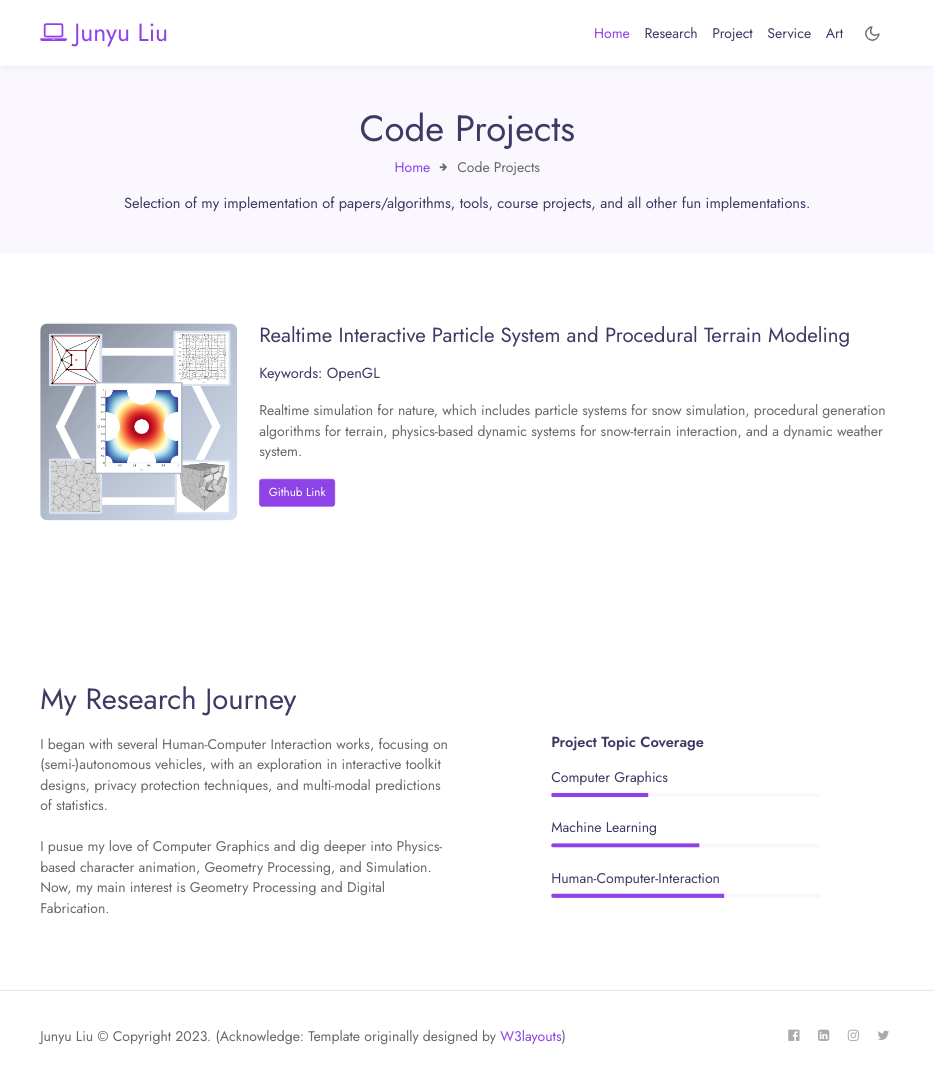
Repository: Junyu-Liu-Nate/junyu-liu-nate.github.io
Page: project.html
The author's editor kept a copy of each file at every save. The page is drawn from the files as they stood at one save, then again after a run of saves.
The browser window is 1280 px wide. The pictures show the whole page, at 73% of full size.

Above is the page before, as saved 2024-04-10 18:14:05.
Console error: TypeError: Cannot read properties of null (reading 'classList')

### project.html
<!--
Author: Junyu Liu
Author: W3layouts
Author URL: http://w3layouts.com
-->
<!doctype html>
<html lang="en">

<head>
  <!-- Required meta tags -->
  <meta charset="utf-8">
  <meta name="viewport" content="width=device-width, initial-scale=1, shrink-to-fit=no">

  <title>Junyu Liu - Projects</title>

  <!-- google fonts -->
  <link href="//fonts.googleapis.com/css2?family=Jost:wght@300;400;600&display=swap" rel="stylesheet">

  <!-- Template CSS -->
  <link rel="stylesheet" href="assets/css/style-starter.css">
</head>

<body>
<!-- header -->
<header id="site-header" class="fixed-top">
  <div class="container">
      <nav class="navbar navbar-expand-lg stroke">
          <a class="navbar-brand" href="index.html">
              <span class="fa fa-laptop"></span> Junyu Liu
          </a>
          <!-- if logo is image enable this
      <a class="navbar-brand" href="#index.html">
          <img src="image-path" alt="Your logo" title="Your logo" style="height:35px;" />
      </a> -->
          <button class="navbar-toggler  collapsed bg-gradient" type="button" data-toggle="collapse"
              data-target="#navbarTogglerDemo02" aria-controls="navbarTogglerDemo02" aria-expanded="false"
              aria-label="Toggle navigation">
              <span class="navbar-toggler-icon fa icon-expand fa-bars"></span>
              <span class="navbar-toggler-icon fa icon-close fa-times"></span>
              </span>
          </button>

          <div class="collapse navbar-collapse" id="navbarTogglerDemo02">
            <ul class="navbar-nav ml-auto">
                <li class="nav-item active">
                    <a class="nav-link" href="index.html">Home <span class="sr-only">(current)</span></a>
                </li>
                <li class="nav-item @@research_active">
                    <a class="nav-link" href="research.html">Research</a>
                </li>
                <li class="nav-item @@project_active">
                  <a class="nav-link" href="project.html">Project</a>
                </li>
                <li class="nav-item @@service_active">
                  <a class="nav-link" href="service.html">Service</a>
                </li>
                <li class="nav-item @@art_active">
                    <a class="nav-link" href="art.html">Art</a>
                </li>
            </ul>
        </div>
          <!-- toggle switch for light and dark theme -->
          <div class="mobile-position">
              <nav class="navigation">
                  <div class="theme-switch-wrapper">
                      <label class="theme-switch" for="checkbox">
                          <input type="checkbox" id="checkbox">
                          <div class="mode-container">
                              <i class="gg-sun"></i>
                              <i class="gg-moon"></i>
                          </div>
                      </label>
                  </div>
              </nav>
          </div>
          <!-- //toggle switch for light and dark theme -->
      </nav>
  </div>
</header>
<!-- //header -->

<!-- about breadcrumb -->
<section class="w3l-about-breadcrumb text-center">
    <div class="breadcrumb-bg breadcrumb-bg-about py-sm-5 py-4">
        <div class="container py-2">
            <h2 class="title">Code Projects</h2>
            <ul class="breadcrumbs-custom-path mt-2">
                <li><a href="index.html">Home</a></li>
                <li class="active"><span class="fa fa-arrow-right mx-2" aria-hidden="true"></span> Code Projects </li>
            </ul>
            <br>
            <h5>Selection of my implementation of papers/algorithms, tools, course projects, and all other fun implementations.</h5>
        </div>
    </div>
</section>
<!-- //about breadcrumb -->

<!-- about page about section -->
<section class="w3l-aboutblock1" id="about">
    <div class="midd-w3 py-5">
        <div class="container py-lg-5 py-md-3">
              <div class="row">
                <div class="col-lg-3">
                  <div class="position-relative">
                      <img src="assets/images/project/thumnail/port-FEM-vs-VEM.png" alt="" class="radius-image img-fluid">
                  </div>
                </div>
                <div class="col-lg-9 mt-lg-0 mt-5">
                    <!-- <h5 class="title-small mb-2">Hello, I am UI/UX Designer</h5> -->
                    <h3 class="title">Realtime Interactive Particle System and Procedural Terrain Modeling</h3>
                    <br>
                    <h5>Keywords: OpenGL</h5>
                    <br>
                    <p>
                      Realtime simulation for nature, which includes particle systems for snow simulation, procedural generation algorithms for terrain, physics-based dynamic systems for snow-terrain interaction, and a dynamic weather system.
                    </p>
                    <br>
                    <div>
                      <a href="https://github.com/Junyu-Liu-Nate/Realtime-Interactive-Particle-System-Procedural-Modeling-OpenGL" class="btn btn-primary">Github Link</a>
                    </div>
                </div>
            </div>
            <p><br></p>
        </div>

    </div>
    </div>
    </div>
</section>
<!-- //about page about section -->

<!-- about page third section -->
<section class="w3l-content-6 py-5">
    <div class="content-6-mian py-lg-5 py-md-4">
        <div class="container">
            <div class="content-info-in row">
                <div class="content-gd col-lg-6">
                    <h3 class="title-big mb-4">My Research Journey</h3>
                    <p>
                      I began with several Human-Computer Interaction works, focusing on (semi-)autonomous vehicles, with an exploration in interactive toolkit designs, privacy protection techniques, and multi-modal predictions of statistics.
                      <br><br>

                      I pusue my love of Computer Graphics and dig deeper into Physics-based character animation, Geometry Processing, and Simulation. Now, my main interest is Geometry Processing and Digital Fabrication.
                    </p>
                </div>
                <div class="content-gd col-lg-4 offset-lg-1">
                    <br><br><br>
                    <h5><b>Project Topic Coverage</b></h5><br>
                    <div class="progress-info">
                        <h6 class="progress-tittle">Computer Graphics</h6>
                        <div class="progress">
                            <div class="progress-bar progress-bar-striped" role="progressbar" style="width: 36%"
                                aria-valuenow="36" aria-valuemin="0" aria-valuemax="100">
                            </div>
                        </div>
                    </div>
                    <div class="progress-info">
                        <h6 class="progress-tittle">Machine Learning
                        </h6>
                        <div class="progress">
                            <div class="progress-bar progress-bar-striped" role="progressbar" style="width: 55%"
                                aria-valuenow="55" aria-valuemin="0" aria-valuemax="100">
                            </div>
                        </div>
                    </div>
                    <div class="progress-info">
                        <h6 class="progress-tittle">Human-Computer-Interaction</h6>
                        <div class="progress">
                            <div class="progress-bar progress-bar-striped" role="progressbar" style="width: 64%"
                                aria-valuenow="64" aria-valuemin="0" aria-valuemax="100">
                            </div>
                        </div>
                    </div>
                </div>
            </div>
        </div>
    </div>
</section>
<!-- about page third section -->

<!-- Footer -->
<section class="w3l-footer py-sm-5 py-4">
  <div class="container">
    <div class="footer-content">
      <div class="row">
        <div class="col-lg-8 footer-left">
          <p class="m-0">Junyu Liu © Copyright 2023. (Acknowledge: Template originally designed by <a href="https://w3layouts.com">W3layouts</a>)</p>
        </div>
        <div class="col-lg-4 footer-right text-lg-right text-center mt-lg-0 mt-3">
          <ul class="social m-0 p-0">
            <li><a href="#facebook"><span class="fa fa-facebook-official"></span></a></li>
            <li><a href="#linkedin"><span class="fa fa-linkedin-square"></span></a></li>
            <li><a href="#instagram"><span class="fa fa-instagram"></span></a></li>
            <li><a href="#twitter"><span class="fa fa-twitter"></span></a></li>
          </ul>
        </div>
      </div>
    </div>
  </div>

  <!-- move top -->
  <button onclick="topFunction()" id="movetop" title="Go to top">
    <span class="fa fa-angle-up"></span>
  </button>
  <script>
    // When the user scrolls down 20px from the top of the document, show the button
    window.onscroll = function () {
      scrollFunction()
    };

    function scrollFunction() {
      if (document.body.scrollTop > 20 || document.documentElement.scrollTop > 20) {
        document.getElementById("movetop").style.display = "block";
      } else {
        document.getElementById("movetop").style.display = "none";
      }
    }

    // When the user clicks on the button, scroll to the top of the document
    function topFunction() {
      document.body.scrollTop = 0;
      document.documentElement.scrollTop = 0;
    }
  </script>
  <!-- /move top -->
</section>
<!-- //Footer -->

<!-- all js scripts and files here -->

<script src="assets/js/theme-change.js"></script><!-- theme switch js (light and dark)-->

<script src="assets/js/jquery-3.3.1.min.js"></script><!-- default jQuery -->

<!-- /typig-text-->
<script>
  const typedTextSpan = document.querySelector(".typed-text");
  const cursorSpan = document.querySelector(".cursor");

  const textArray = ["UI/UX Designer", "Freelancer", "Web developer"];
  const typingDelay = 200;
  const erasingDelay = 10;
  const newTextDelay = 100; // Delay between current and next text
  let textArrayIndex = 0;
  let charIndex = 0;

  function type() {
    if (charIndex < textArray[textArrayIndex].length) {
      if (!cursorSpan.classList.contains("typing")) cursorSpan.classList.add("typing");
      typedTextSpan.textContent += textArray[textArrayIndex].charAt(charIndex);
      charIndex++;
      setTimeout(type, typingDelay);
    } else {
      cursorSpan.classList.remove("typing");
      setTimeout(erase, newTextDelay);
    }
  }

  function erase() {
    if (charIndex > 0) {
      // add class 'typing' if there's none
      if (!cursorSpan.classList.contains("typing")) {
        cursorSpan.classList.add("typing");
      }
      typedTextSpan.textContent = textArray[textArrayIndex].substring(0, 0);
      charIndex--;
      setTimeout(erase, erasingDelay);
    } else {
      cursorSpan.classList.remove("typing");
      textArrayIndex++;
      if (textArrayIndex >= textArray.length) textArrayIndex = 0;
      setTimeout(type, typingDelay);
    }
  }

  document.addEventListener("DOMContentLoaded", function () { // On DOM Load initiate the effect
    if (textArray.length) setTimeout(type, newTextDelay + 250);
  });
</script>
<!-- //typig-text-->

<!-- services owlcarousel -->
<script src="assets/js/owl.carousel.js"></script>

<!-- script for services -->
<script>
  $(document).ready(function () {
    $('.owl-two').owlCarousel({
      loop: true,
      margin: 30,
      nav: false,
      responsiveClass: true,
      autoplay: false,
      autoplayTimeout: 5000,
      autoplaySpeed: 1000,
      autoplayHoverPause: false,
      responsive: {
        0: {
          items: 1,
          nav: false
        },
        480: {
          items: 1,
          nav: false
        },
        700: {
          items: 1,
          nav: false
        },
        1090: {
          items: 3,
          nav: false
        }
      }
    })
  })
</script>
<!-- //script for services -->

<!-- script for tesimonials carousel slider -->
<script>
  $(document).ready(function () {
    $("#owl-demo1").owlCarousel({
      loop: true,
      margin: 20,
      nav: false,
      responsiveClass: true,
      responsive: {
        0: {
          items: 1,
          nav: false
        },
        736: {
          items: 1,
          nav: false
        },
        1000: {
          items: 2,
          nav: false,
          loop: false
        }
      }
    })
  })
</script>
<!-- //script for tesimonials carousel slider -->

<!-- video popup -->
<script src="assets/js/jquery.magnific-popup.min.js"></script>
<script>
  $(document).ready(function () {
    $('.popup-with-zoom-anim').magnificPopup({
      type: 'inline',

      fixedContentPos: false,
      fixedBgPos: true,

      overflowY: 'auto',

      closeBtnInside: true,
      preloader: false,

      midClick: true,
      removalDelay: 300,
      mainClass: 'my-mfp-zoom-in'
    });

    $('.popup-with-move-anim').magnificPopup({
      type: 'inline',

      fixedContentPos: false,
      fixedBgPos: true,

      overflowY: 'auto',

      closeBtnInside: true,
      preloader: false,

      midClick: true,
      removalDelay: 300,
      mainClass: 'my-mfp-slide-bottom'
    });
  });
</script>
<!-- //video popup -->

<!-- stats number counter-->
<script src="assets/js/jquery.waypoints.min.js"></script>
<script src="assets/js/jquery.countup.js"></script>
<script>
  $('.counter').countUp();
</script>
<!-- //stats number counter -->

<!-- disable body scroll which navbar is in active -->
<script>
  $(function () {
    $('.navbar-toggler').click(function () {
      $('body').toggleClass('noscroll');
    })
  });
</script>
<!-- disable body scroll which navbar is in active -->

<!--/MENU-JS-->
<script>
  $(window).on("scroll", function () {
    var scroll = $(window).scrollTop();

    if (scroll >= 80) {
      $("#site-header").addClass("nav-fixed");
    } else {
      $("#site-header").removeClass("nav-fixed");
    }
  });

  //Main navigation Active Class Add Remove
  $(".navbar-toggler").on("click", function () {
    $("header").toggleClass("active");
  });
  $(document).on("ready", function () {
    if ($(window).width() > 991) {
      $("header").removeClass("active");
    }
    $(window).on("resize", function () {
      if ($(window).width() > 991) {
        $("header").removeClass("active");
      }
    });
  });
</script>
<!--//MENU-JS-->

<!-- bootstrap js -->
<script src="assets/js/bootstrap.min.js"></script>

</body>

</html>

Loaded but not shown: assets/css/style-starter.css (library); assets/js/theme-change.js (common file); assets/js/jquery-3.3.1.min.js (library); assets/js/owl.carousel.js (library); assets/js/jquery.magnific-popup.min.js (library); assets/js/jquery.waypoints.min.js (library); assets/js/jquery.countup.js (common file); assets/js/bootstrap.min.js (library)

After the next 2 saves:
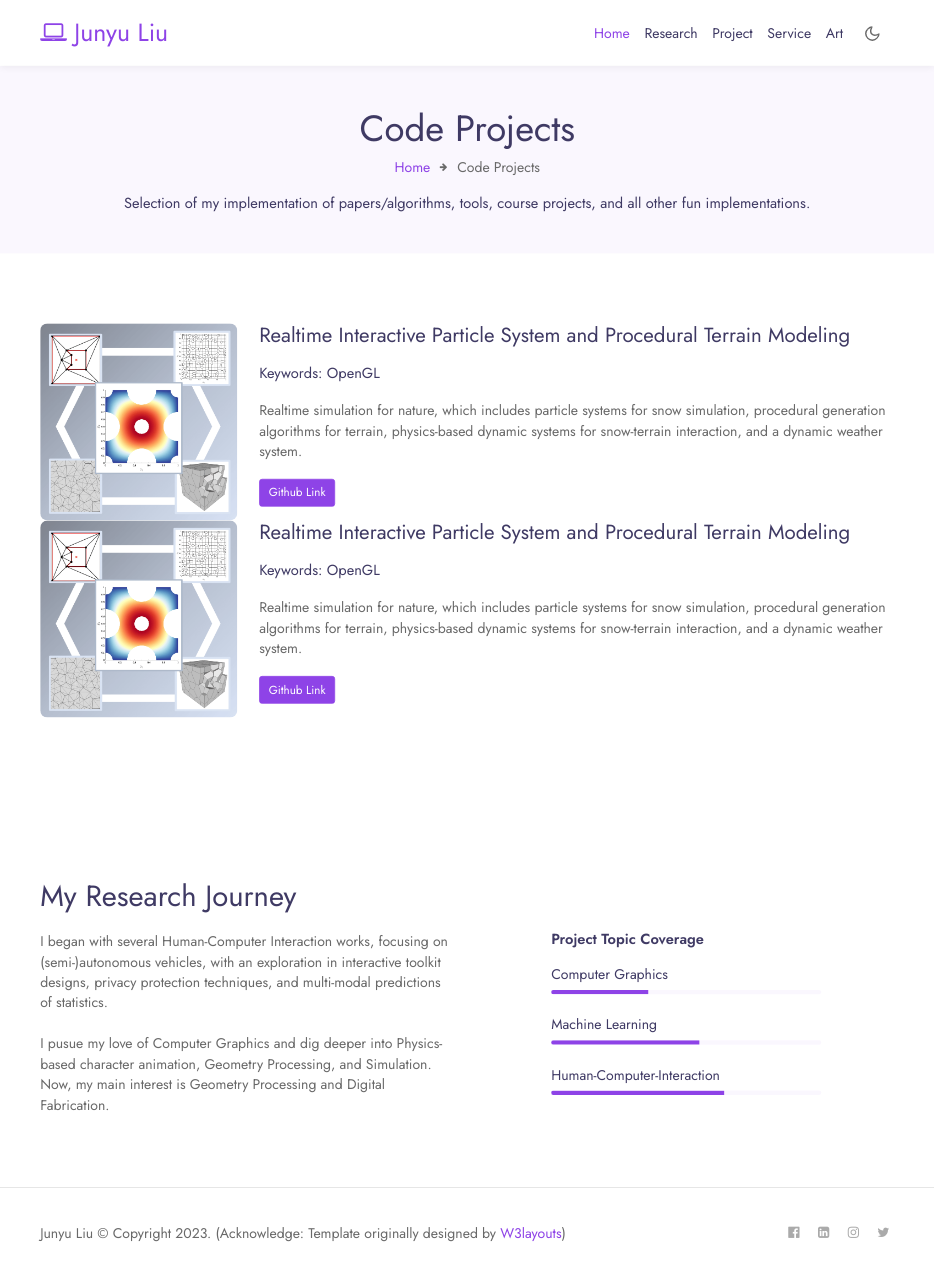
The 2 saves are shown as one change because they came seconds apart.
The last was saved 15 s later.
--- a/project.html
+++ b/project.html
@@ -120,6 +120,29 @@ Author URL: http://w3layouts.com
                     </div>
                 </div>
             </div>
+
+            <div class="row">
+              <div class="col-lg-3">
+                <div class="position-relative">
+                    <img src="assets/images/project/thumnail/port-FEM-vs-VEM.png" alt="" class="radius-image img-fluid">
+                </div>
+              </div>
+              <div class="col-lg-9 mt-lg-0 mt-5">
+                  <!-- <h5 class="title-small mb-2">Hello, I am UI/UX Designer</h5> -->
+                  <h3 class="title">Realtime Interactive Particle System and Procedural Terrain Modeling</h3>
+                  <br>
+                  <h5>Keywords: OpenGL</h5>
+                  <br>
+                  <p>
+                    Realtime simulation for nature, which includes particle systems for snow simulation, procedural generation algorithms for terrain, physics-based dynamic systems for snow-terrain interaction, and a dynamic weather system.
+                  </p>
+                  <br>
+                  <div>
+                    <a href="https://github.com/Junyu-Liu-Nate/Realtime-Interactive-Particle-System-Procedural-Modeling-OpenGL" class="btn btn-primary">Github Link</a>
+                  </div>
+              </div>
+            </div>
+
             <p><br></p>
         </div>
 
